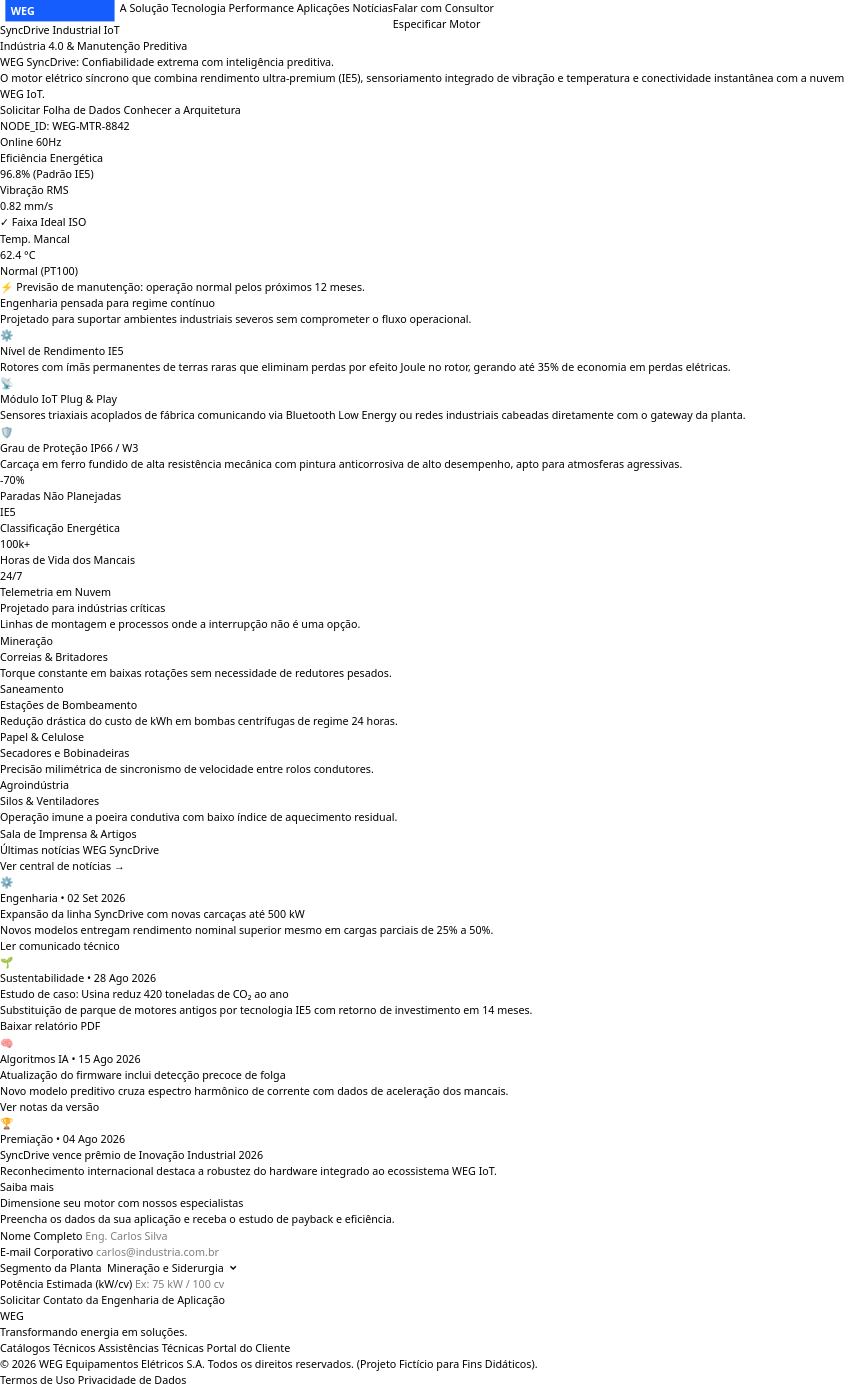
Repository: PatriciaHorst/tailwind-base
Page: index.html
The author's editor kept a copy of each file at every save. The page is drawn from the files as they stood at one save, then again after the next save.
The browser window is 1280 px wide. The pictures show the whole page, at 67% of full size.

Above is the page before, as saved 2026-09-08 18:46:28.

After the next save:
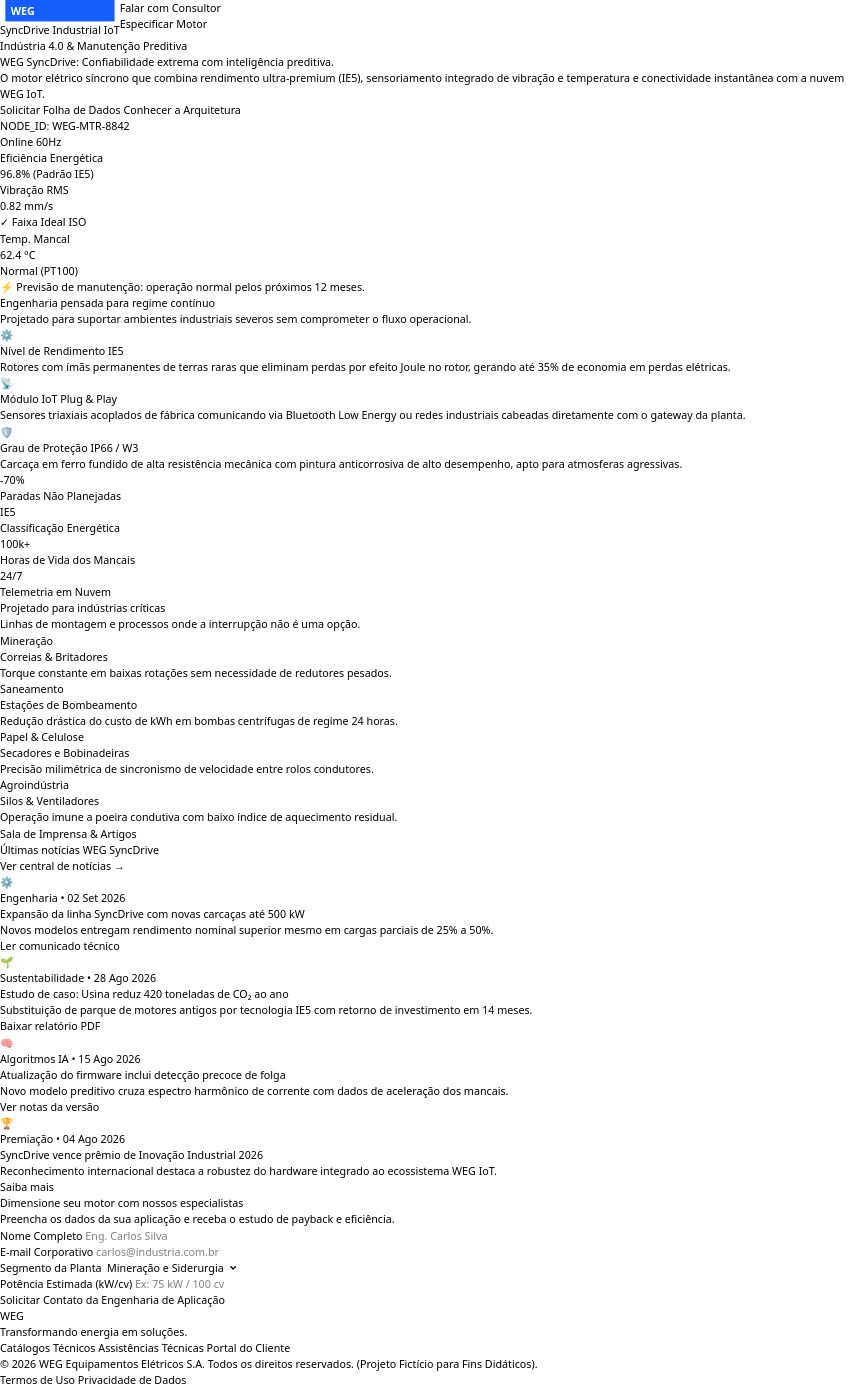
Saved 72 s later.
--- a/index.html
+++ b/index.html
@@ -27,7 +27,7 @@
         </div>
       </div>
 
-      <nav class="flex-none">
+      <nav class="hidden">
         <a href="#solucao">A Solução</a>
         <a href="#recursos">Tecnologia</a>
         <a href="#metricas">Performance</a>
